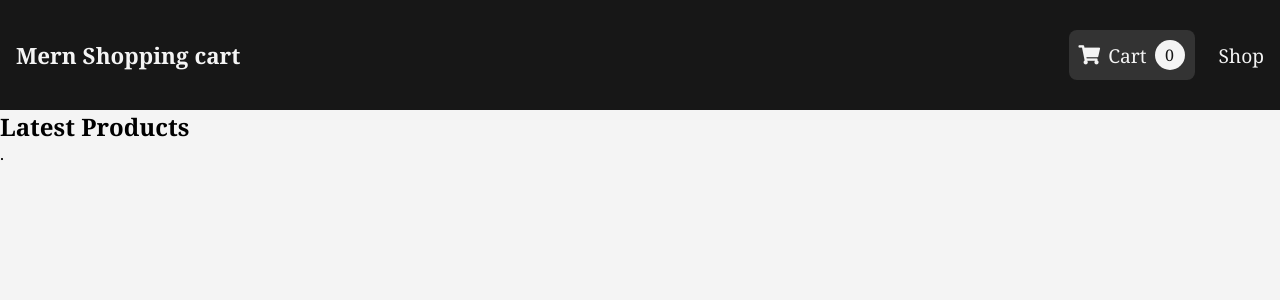
Repository: exiled-kal/MernShop
Page: / (app in frontend/)
The author's editor kept a copy of each file at every save. The page is drawn from the files as they stood at one save, then again after the next save.
The browser window is 1280 px wide. The pictures show the whole page.
The project was rebuilt for these pictures with package versions that can differ from the ones it lists, and the page was loaded fresh each time. Also part of the build but not shown: frontend/src/screens/HomeScreen.css, frontend/src/screens/ProductScreen.css, frontend/src/screens/ProductScreen.js, frontend/src/screens/CartScreen.css, frontend/src/screens/CartScreen.js, frontend/src/components/Backdrop.css, frontend/src/components/Backdrop.js.

Above is the page before, as saved 2021-03-23 20:42:58.

After the next save:
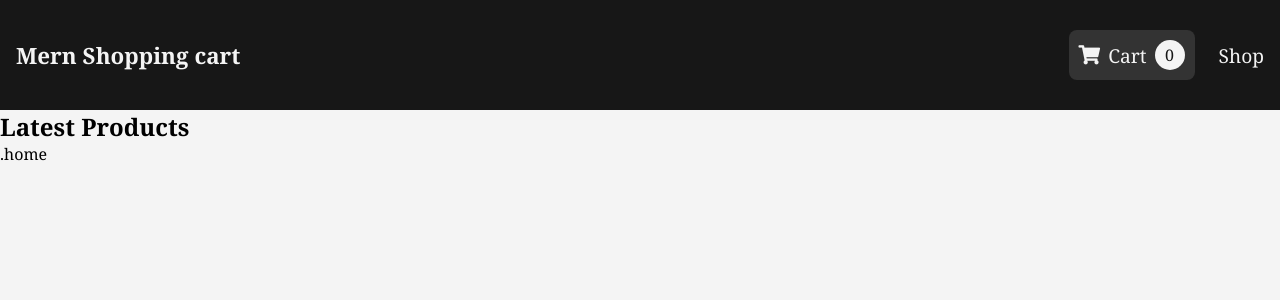
Saved 5 s later.
--- a/frontend/src/screens/HomeScreen.js
+++ b/frontend/src/screens/HomeScreen.js
@@ -3,7 +3,7 @@ const HomeScreen = () => {
   return (
     <div className="homescreen">
       <h2 className="homescreen__title">Latest Products</h2>
-      .
+      .home
     </div>
   );
 };
